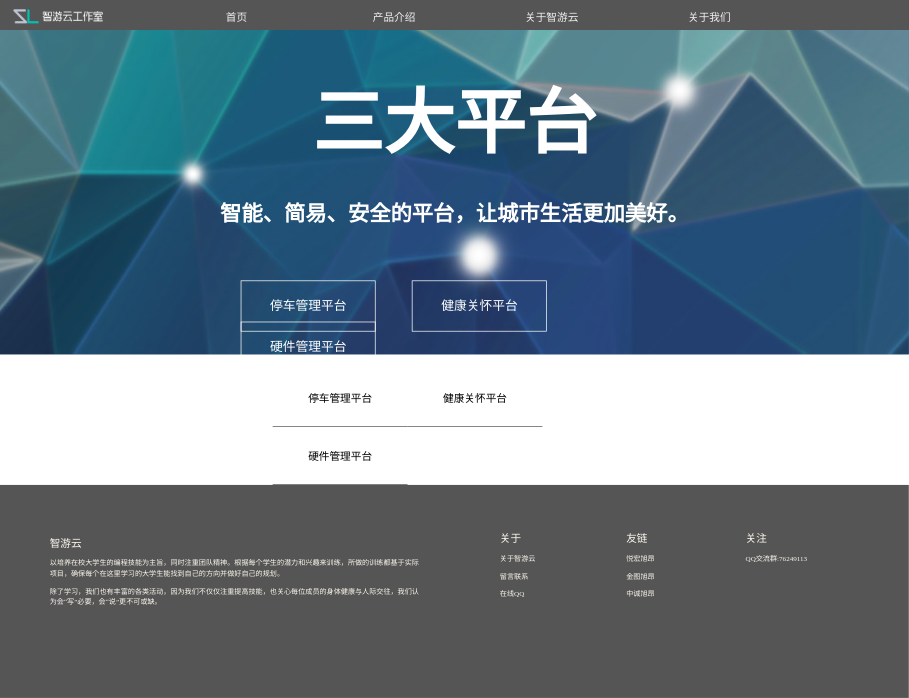
Repository: dakai1234/webTest
Page: 智游云1/product/product.html
An editor plug-in stored every save of this project. The page is shown before and after the next save, followed by the edit.
The browser window is 1280 px wide. The pictures show the whole page, at 71% of full size.

Above is the page before, as saved 2021-04-11 22:15:20.

After the next save:
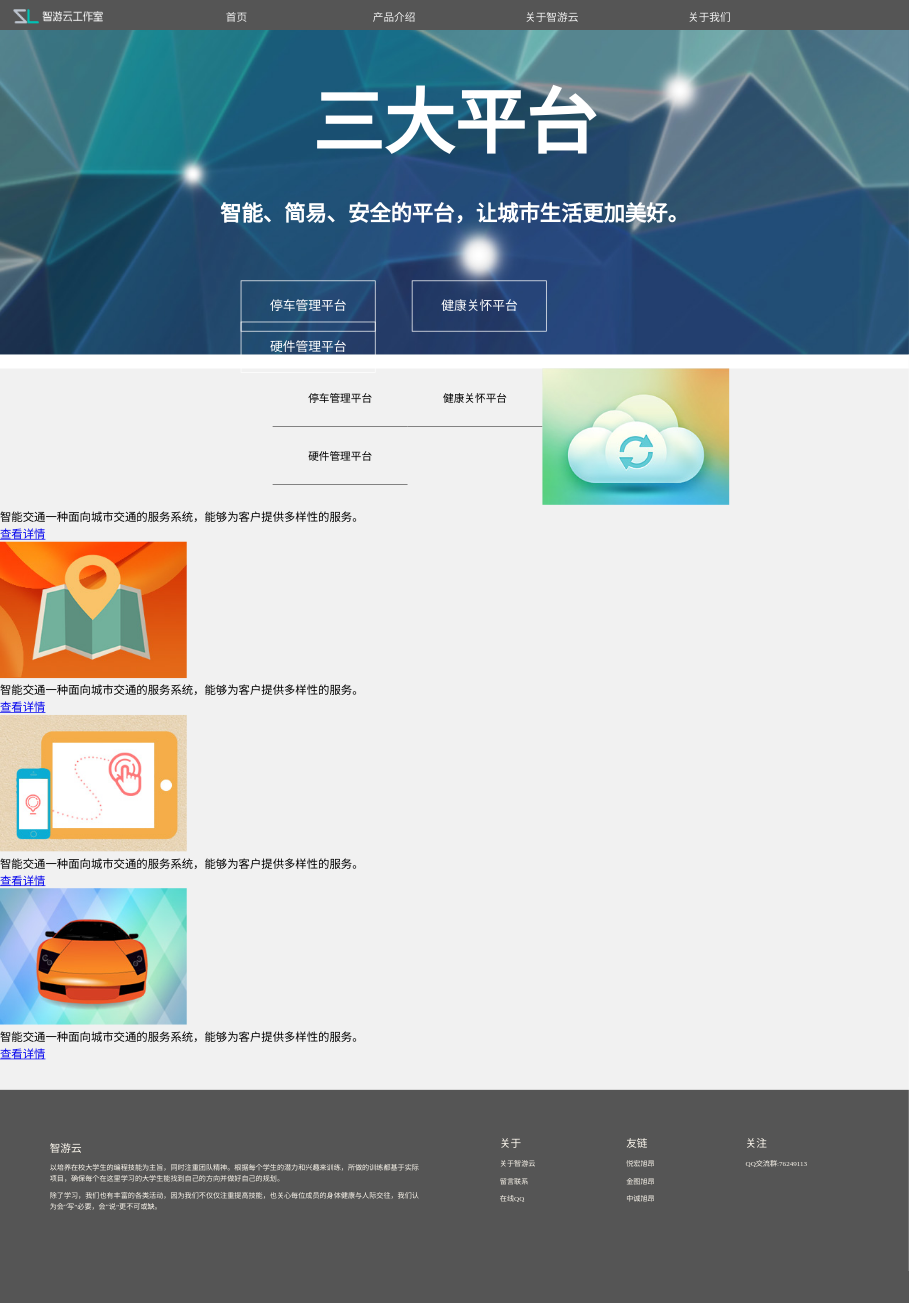
Saved 4 min 12 s later.
--- a/智游云1/product/product.html
+++ b/智游云1/product/product.html
@@ -42,39 +42,70 @@
             <p>健康关怀平台</p>
             <p>硬件管理平台</p>
         </div>
-    </div>
-    <div class="footer">
-        <div class="footer_inner">
-            <div class="text">
-                <span>智游云</span>
-                <p>
-                    以培养在校大学生的编程技能为主旨，同时注重团队精神。根据每个学生的潜力和兴趣来训练，所做的训练都基于实际项目，确保每个在这里学习的大学生能找到自己的方向并做好自己的规划。
-                </p>
-                <p>
-                    除了学习，我们也有丰富的各类活动，因为我们不仅仅注重提高技能，也关心每位成员的身体健康与人际交往，我们认为会“写”必要，会“说”更不可或缺。
-                </p>
+        <div class="main_con">
+            <div class="mod">
+                <div class="card">
+                    <div class="card-img">
+                        <img src="images/park1.jpg" alt="图片">
+                    </div>
+                    <p>智能交通一种面向城市交通的服务系统，能够为客户提供多样性的服务。</p>
+                    <a href="#" class="more">查看详情</a>
+                </div>
+                <div class="card">
+                    <div class="card-img">
+                        <img src="images/park2.jpg" alt="图片">
+                    </div>
+                    <p>智能交通一种面向城市交通的服务系统，能够为客户提供多样性的服务。</p>
+                    <a href="#" class="more">查看详情</a>
+                </div>
+                <div class="card">
+                    <div class="card-img">
+                        <img src="images/park3.jpg" alt="图片">
+                    </div>
+                    <p class="brief">智能交通一种面向城市交通的服务系统，能够为客户提供多样性的服务。</p>
+                    <a href="#" class="more">查看详情</a>
+                </div>
+                <div class="card">
+                    <div class="card-img">
+                        <img src="images/park4.jpg" alt="图片">
+                    </div>
+                    <p>智能交通一种面向城市交通的服务系统，能够为客户提供多样性的服务。</p>
+                    <a href="#" class="more">查看详情</a>
+                </div>
             </div>
         </div>
-        <div class="footer_inner">
-            <div class="text_intro">
-                <span>关于</span>
-                <p>关于智游云</p>
-                <p>留言联系</p>
-                <p>在线QQ</p>
+        <div class="footer">
+            <div class="footer_inner">
+                <div class="text">
+                    <span>智游云</span>
+                    <p>
+                        以培养在校大学生的编程技能为主旨，同时注重团队精神。根据每个学生的潜力和兴趣来训练，所做的训练都基于实际项目，确保每个在这里学习的大学生能找到自己的方向并做好自己的规划。
+                    </p>
+                    <p>
+                        除了学习，我们也有丰富的各类活动，因为我们不仅仅注重提高技能，也关心每位成员的身体健康与人际交往，我们认为会“写”必要，会“说”更不可或缺。
+                    </p>
+                </div>
             </div>
-            <div class="text_intro">
-                <span>友链</span>
-                <p>悦宏旭昂</p>
-                <p>金图旭昂</p>
-                <p>中诚旭昂</p>
+            <div class="footer_inner">
+                <div class="text_intro">
+                    <span>关于</span>
+                    <p>关于智游云</p>
+                    <p>留言联系</p>
+                    <p>在线QQ</p>
+                </div>
+                <div class="text_intro">
+                    <span>友链</span>
+                    <p>悦宏旭昂</p>
+                    <p>金图旭昂</p>
+                    <p>中诚旭昂</p>
+                </div>
+                <div class="text_intro">
+                    <span>关注</span>
+                    <p>QQ交流群:76249113</p>
+                </div>
+
             </div>
-            <div class="text_intro">
-                <span>关注</span>
-                <p>QQ交流群:76249113</p>
-            </div>
-
         </div>
-    </div>
 </body>
 
 </html>
